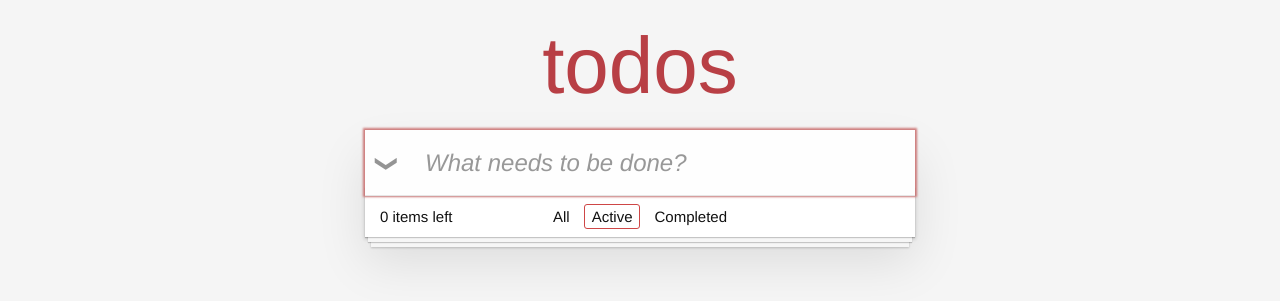
Repository: bilaal441/Virtual-DOM-Framework
Page: my-framework/src/app/index.html
These files come from the project's save history. The page is drawn as it stood at one moment and after the next save; the edit follows.
The browser window is 1280 px wide. The pictures show the whole page.

Above is the page before, as saved 2024-08-02 13:16:31.

After the next save:
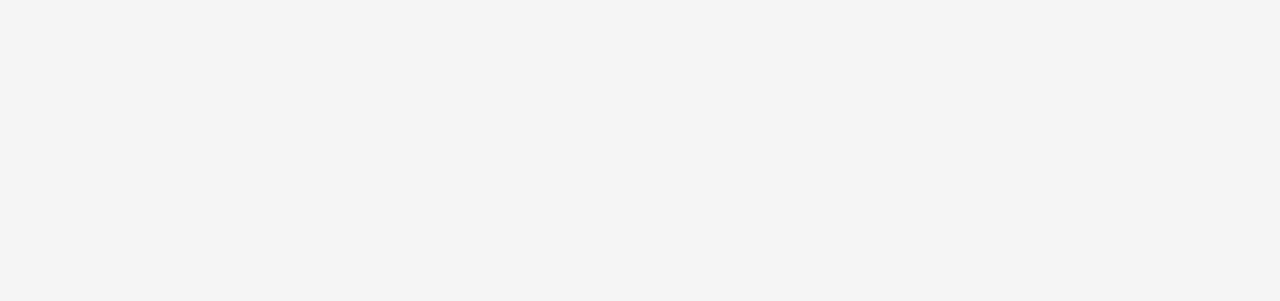
Console error: SyntaxError: Unexpected token ']'
Saved 36 s later.
--- a/my-framework/src/dom.js
+++ b/my-framework/src/dom.js
@@ -43,7 +43,7 @@
       const event = key.slice(2).toLowerCase();
 
       eventsToDelegate.add(event);
-      console.log(attrs);
+      console.log(attrs[]);
       if (!eventHandlersMap.has(attrs["data-id"])) {
         eventHandlersMap.set(attrs["data-id"], {});
       }

After the 2 saves that followed:
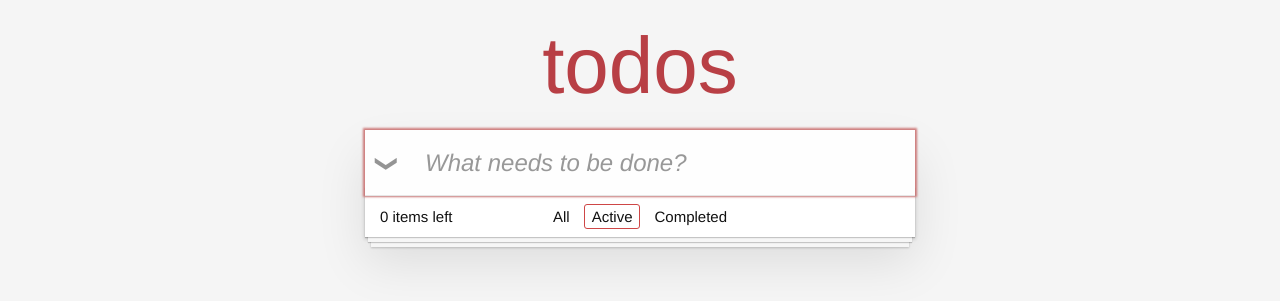
The error is gone.
The 2 saves are shown as one change because they came seconds apart.
The last was saved 9 s later.
--- a/my-framework/src/dom.js
+++ b/my-framework/src/dom.js
@@ -43,7 +43,7 @@
       const event = key.slice(2).toLowerCase();
 
       eventsToDelegate.add(event);
-      console.log(attrs[]);
+      console.log(attrs["data-id"]);
       if (!eventHandlersMap.has(attrs["data-id"])) {
         eventHandlersMap.set(attrs["data-id"], {});
       }
